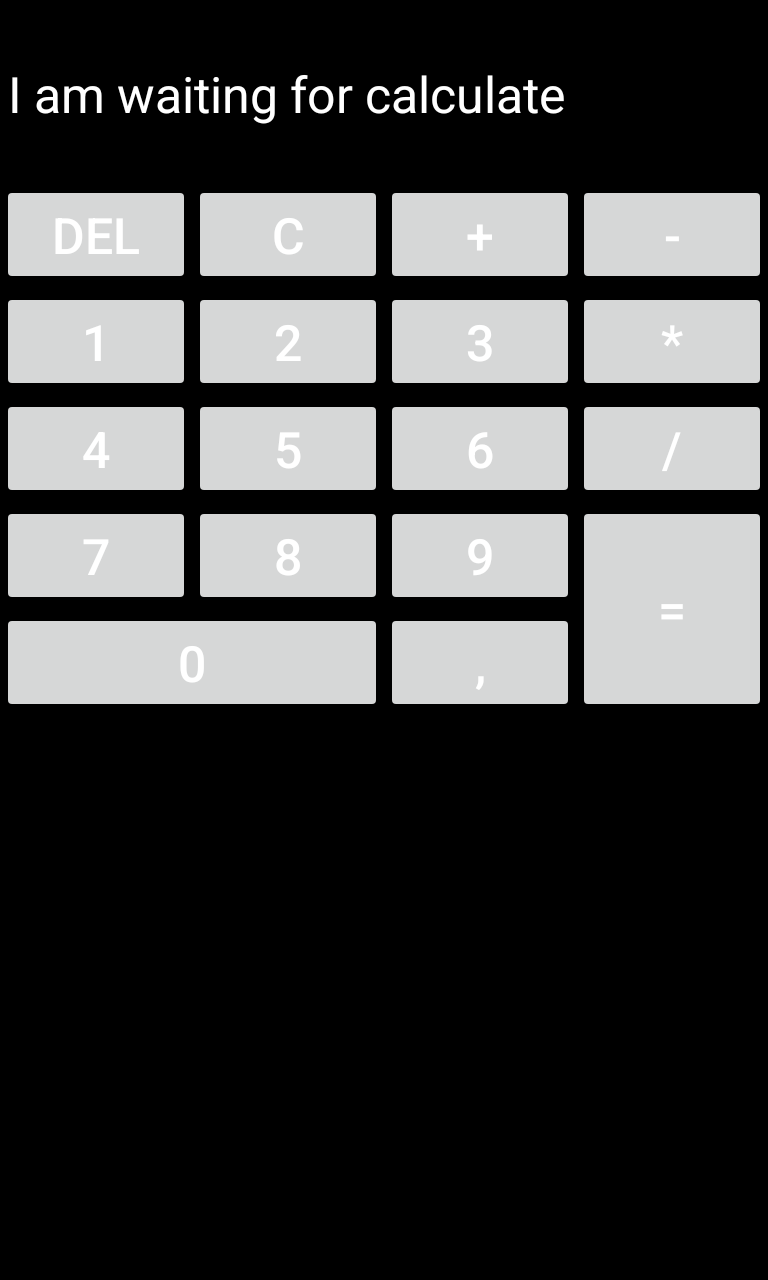
Repository: salihklc/Basic-Android
Layout: complexCalculator2/res/layout/activity_main.xml
An editor plug-in stored every save of this project. The layout is shown before and after the next save, followed by the edit.
It is drawn on a 768 x 1280 px phone screen (xhdpi) without system bars, with theme AppTheme; the app's code is not run.

Above is the layout before, as saved 2014-10-11 17:52:26.

After the next save:
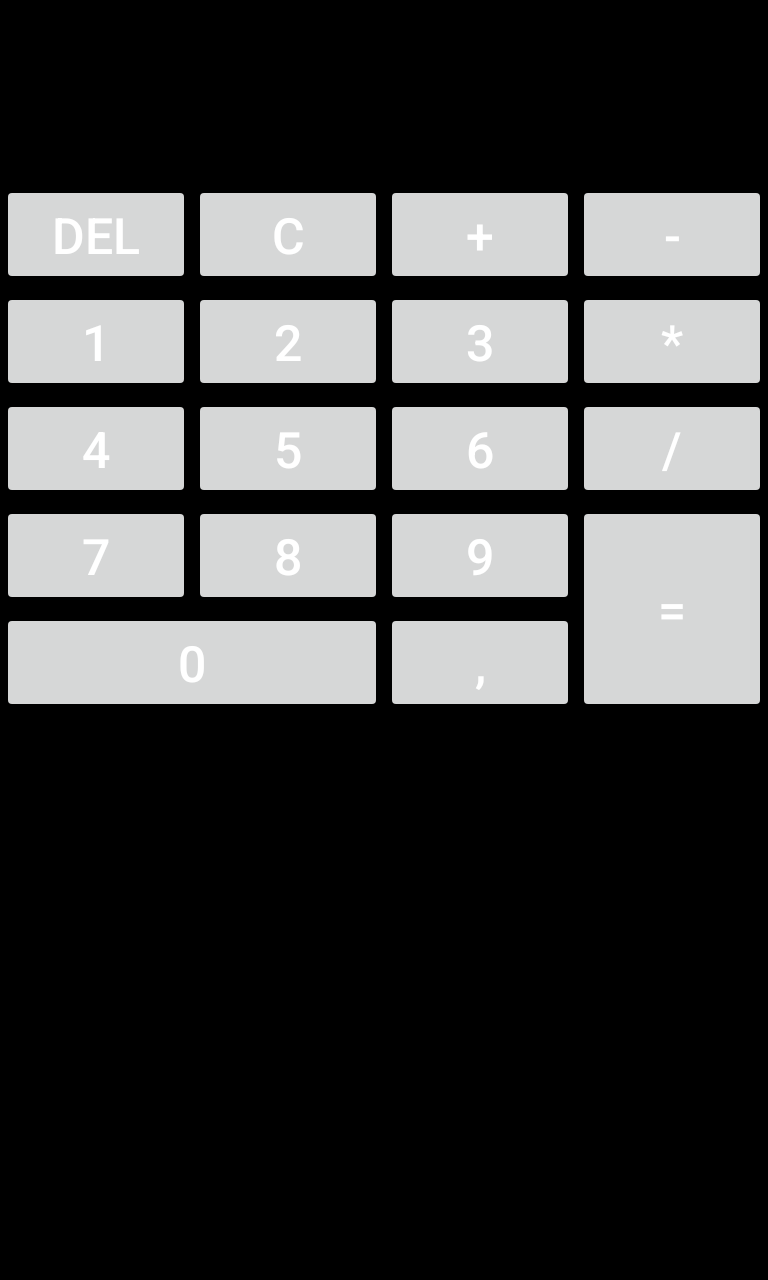
Saved 83 s later.
--- a/complexCalculator2/res/values/strings.xml
+++ b/complexCalculator2/res/values/strings.xml
@@ -22,6 +22,6 @@
 	<string name="dot">,</string>
 	<string name="DEL">DEL</string>
 	<string name="C">C</string>
-	<string name="hint"> I am waiting for calculate </string>
+	<string name="hint"></string>
 
 </resources>
